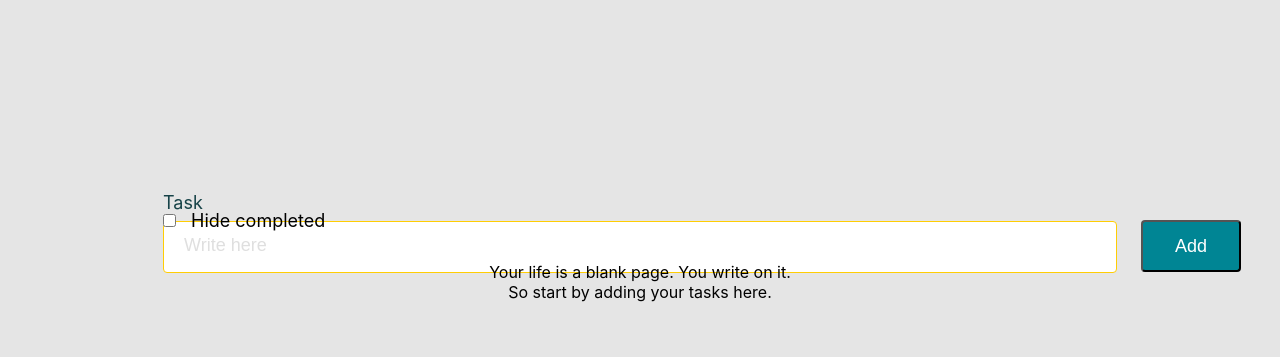
Repository: ArusyakAghajanyan/ToDoMamble
Page: /
These files come from the project's save history. The page is drawn as it stood at one moment and after a run of saves; the edit follows.
The browser window is 1280 px wide. The pictures show the whole page.
The project was rebuilt for these pictures with package versions that can differ from the ones it lists, and the page was loaded fresh each time. Also part of the build but not shown: src/components/toDoItem.css, src/components/ToDoItem.jsx, src/components/confirm.css, src/components/Confirm.jsx.

Above is the page before, as saved 2022-05-25 13:07:59.

After the next 3 saves:
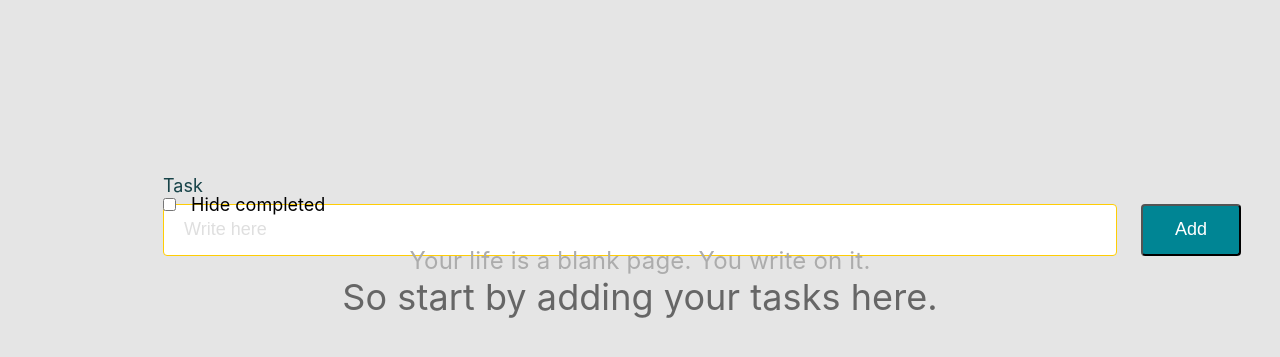
The 3 saves are shown as one change because they came seconds apart.
The last was saved 17 s later.
--- a/src/components/toDoList.css
+++ b/src/components/toDoList.css
@@ -11,7 +11,7 @@ align-items: center;
 flex-direction: column;
 
  }
-/* .firstP{
+.firstP{
  color: #ACACAC;
 font-size: 24px;
 letter-spacing: 0.2px;
